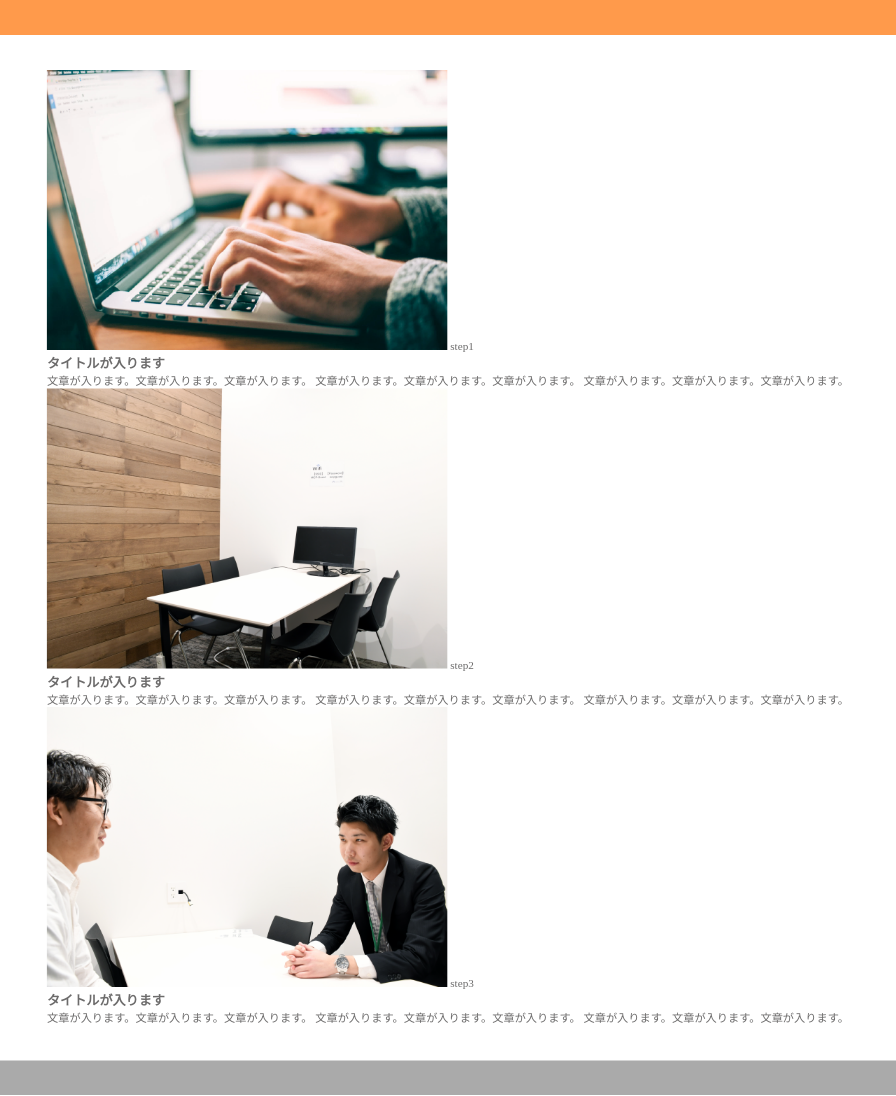
Repository: eyaonu/application2
Page: chapter9/answer9.html
The author's editor kept a record of every edit. The page is drawn from the files as they stood at one moment, then again after the next edit.
The browser window is 1280 px wide. The pictures show the whole page, at 70% of full size.

Above is the page before.

After the next edit:
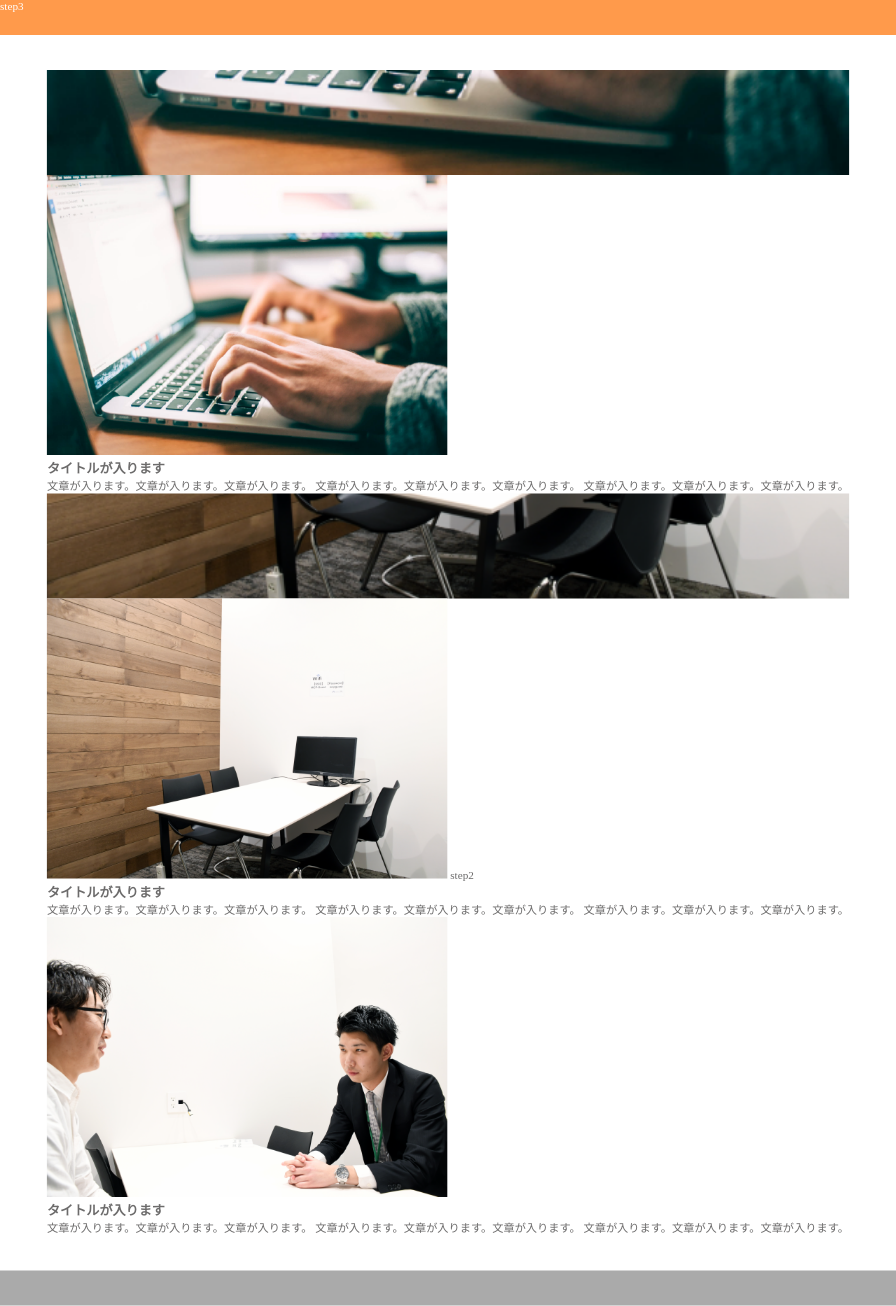
The edit:
--- a/chapter9/style9.css
+++ b/chapter9/style9.css
@@ -1,3 +1,70 @@
+* {
+  box-sizing: border-box;
+  margin: 0;
+  padding: 0;
+}
+
+header {
+  height: 50px;
+  background-color: #ff9a4b;
+}
+
+main {
+  width: 960px;
+  margin: 50px auto;
+  display: flex;
+}
+
+.step-box {
+  width: 300px;
+  margin-right: 30px;
+  padding: 10px;
+  position: relative;
+  background-color: #eee;
+}
+
+.step-box:last-child {
+  margin-right: 0;
+}
+
+.step-img1 {
+  height: 150px;
+  background-image: url(img/flow01.png);
+  background-position: bottom;
+  background-size: cover;
+}
+
+.step-img2 {
+  height: 150px;
+  background-image: url(img/flow02.png);
+  background-position: bottom;
+  background-size: cover;
+}
+
+.step-img3 {
+  height: 150px;
+  background-image: url(img/flow03.png);
+  background-position: bottom;
+  background-size: cover;
+}
+
+.step-num {
+  position: absolute;
+  top: 0;
+  left: 0;
+  background-color: #ff9a4b;
+  color: #fff;
+}
+
+.title {
+  margin: 15px 0 5px;
+}
+
+footer {
+  height: 50px;
+  background-color: #aaa;
+}
+
 * {
   margin: 0;
   padding: 0;
